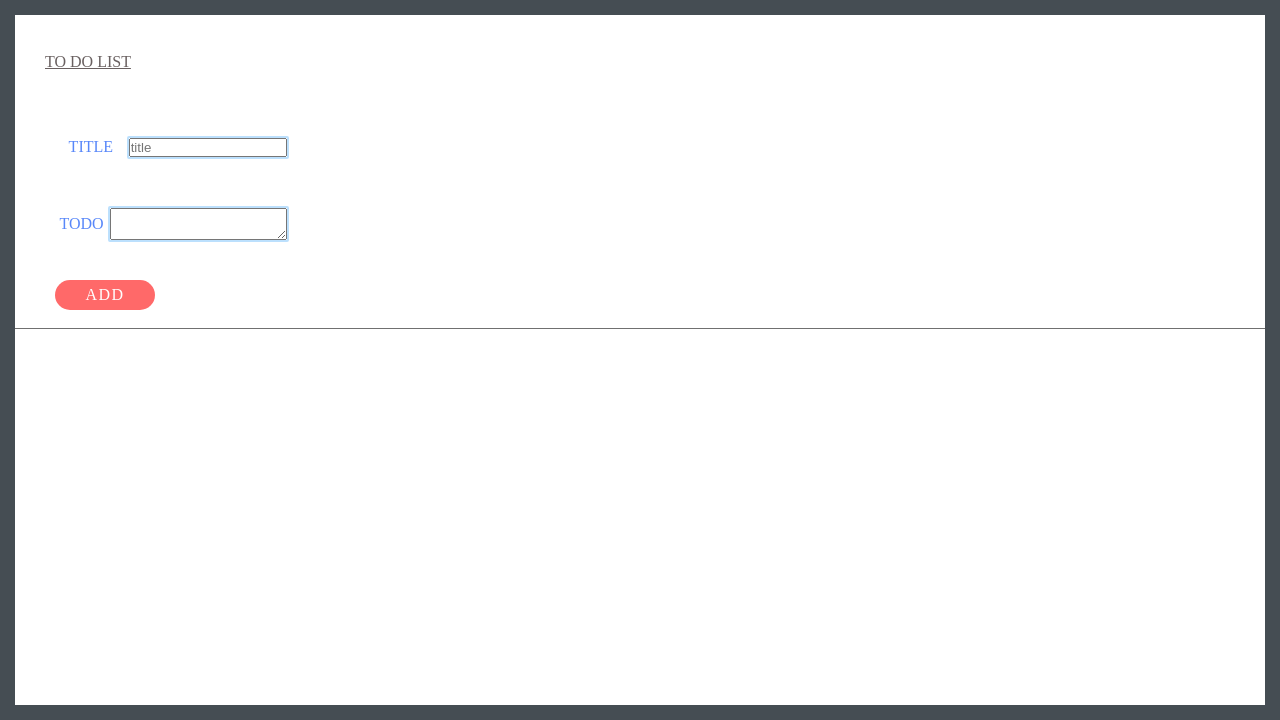
Repository: NagataRyuji0630/shinjin-otameshi
Page: todo_white_board.html
These files come from the project's save history. The page is drawn as it stood at one moment and after the next save; the edit follows.
The browser window is 1280 px wide. The pictures show the whole page.

Above is the page before, as saved 2020-06-11 23:08:19.
Not found: todoWhiteBoard.js

### todo_white_board.html
<!DOCTYPE html>
<html lang="ja">

<head>
    <meta charset="UTF-8">
    <meta name="viewport" content="width=device-width, initial-scale=1.0">
    <meta http-equiv="X-UA-Compatible" content="ie=edge">
    <link rel="stylesheet" href="./todo_white_board.css">
    <script src="./constants.js"></script>
    <script src="./domAction.js"></script>
    <script src="./todoWhiteBoard.js"></script>
    <title>Todo White Board</title>
</head>

<body>
    <div class="white_board display_flex_justify direction_colum">

        <div id="board_title_container" class="display_flex_align">
            <div id="board_title">TO DO LIST</div>
        </div>

        <div id="form_container" class="display_flex_justify direction_colum">

            <div class="input_content display_flex_all direction_row">
                <div class="input_title display_flex_all">TITLE</div>
                <div class="blue_form display_flex_all">
                    <input id="todo_title" type="text" placeholder="title" />
                </div>
            </div>

            <div class="input_content display_flex_all direction_row">
                <div class="input_title display_flex_all">TODO</div>
                <div class="blue_form display_flex_all">
                    <textarea id="todo_detail"></textarea>
                </div>

            </div>

            <div id="btn_container" class="display_flex_align">
                <div class="btn red_btn display_flex_all" id="todo_add_btn">
                    <div class="btn_text">ADD</div>
                </div>
            </div>
        </div>

        <div id="todo_list_container"></div>
    </div>
</body>

</html>

### todo_white_board.css
* {
    margin: 0px;
    padding: 0px;
    box-sizing: border-box;
}

body, html {
    width: 100%;
    height: 100%;
    font-size: 16px;
    overflow-x: hidden;
}

.display_flex_all {
    display: flex;
    justify-content: center;
    align-items: center;
}

.display_flex_justify {
    display: flex;
    justify-content: center;
}

.display_flex_align {
    display: flex;
    align-items: center;
}

.direction_colum {
    flex-direction: column;
}

.direction_row {
    flex-direction: row;
}

.white_board {
    width: 100%;
    height: 100%;
    border: 15px solid #454D53;
}

#board_title_container {
    width: auto;
    height: 15%;
    padding-left: 30px;
}

#board_title {
    text-align: center;
    text-decoration: underline;
    font: Bold 50px;
    letter-spacing: 0px;
    color: #696060;
}

#form_container {
    width: 100%;
    height: 35%;
    padding: 0px 40px;
    border-bottom: 1px solid #707070;
}

.input_content {
    width: 20%;
    height: 35%;
}

.input_title {
    width: 35%;
    height: 100%;
    text-align: center;
    font: Bold 20px;
    letter-spacing: 0px;
    color: #5887F9;
}

.blue_form {
    background: #F1F9FF 0% 0% no-repeat padding-box;
    border: 2px solid #BCE0FD;
    border-radius: 2px;
}

#todo_title {
    text-align: left;
    width: 100%;
    height: 100%;
}

#todo_detail {
    text-align: left;
    font: Bold 20px;
    letter-spacing: 0px;
    color: #5887F9;
}

#btn_container {
    width: 100%;
    height: 30%;
}

.btn {
    width: 100px;
    height: 30px;
    border-radius: 24px;
}

.red_btn {
    background-color: #FF6969;
}

#todo_add_btn {
    position: relative;
}

.btn_text {
    text-align: center;
    font: Bold 24px;
    letter-spacing: 1.44px;
    color: #FFFFFF;
}

#todo_list_container {
    width: 100%;
    height: 60%;
}

Loaded but not shown: constants.js (no stored copy; drawn as an empty file); domAction.js (no stored copy; drawn as an empty file)

After the next save:
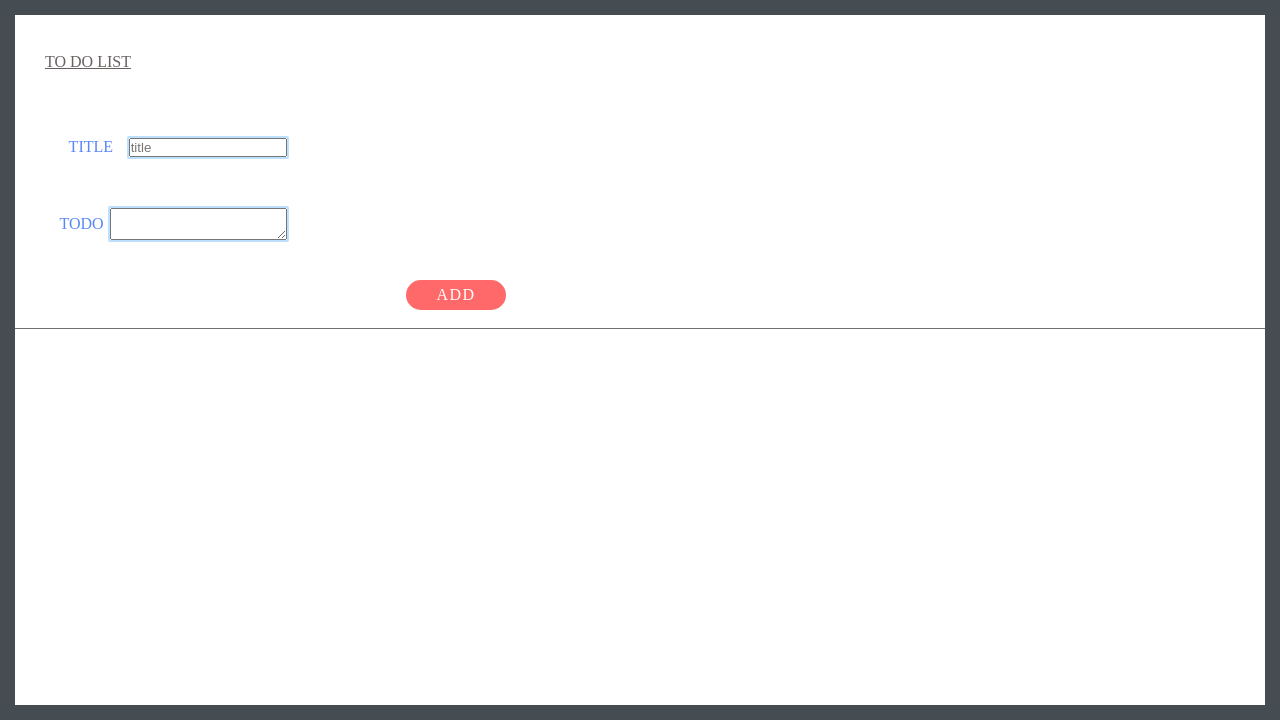
Saved 118 s later.
--- a/todo_white_board.css
+++ b/todo_white_board.css
@@ -112,6 +112,7 @@
 
 #todo_add_btn {
     position: relative;
+    left: 30%
 }
 
 .btn_text {
